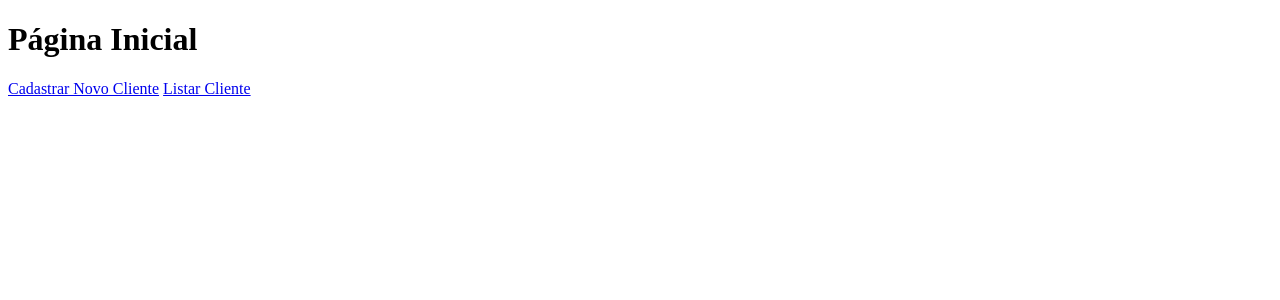
Repository: felipepalma14/Divus
Page: academiaweb/WebContent/index.html
The author's editor kept a copy of each file at every save. The page is drawn from the files as they stood at one save, then again after the next save.
The browser window is 1280 px wide. The pictures show the whole page.

Above is the page before, as saved 2015-08-15 16:31:37.

After the next save:
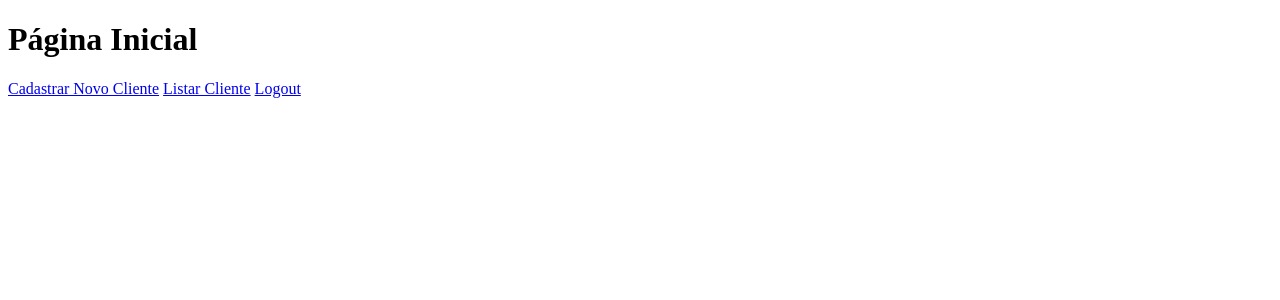
Saved 2 min 25 s later.
--- a/academiaweb/WebContent/index.html
+++ b/academiaweb/WebContent/index.html
@@ -13,7 +13,7 @@
 	<h1>Página Inicial</h1>
 	<a href="cadastrarcliente.html">Cadastrar Novo Cliente</a>
 	<a href="listarclienteservlet">Listar Cliente</a>
-
+	<a href="logout">Logout</a>
 <!-- 	<form action="www.dontpad.com/aj35" method="POST"> -->
 <!-- 		nome: <input type="text" name = "nome"> -->
 <!-- 		password: <input type="password" name = "password"> -->
